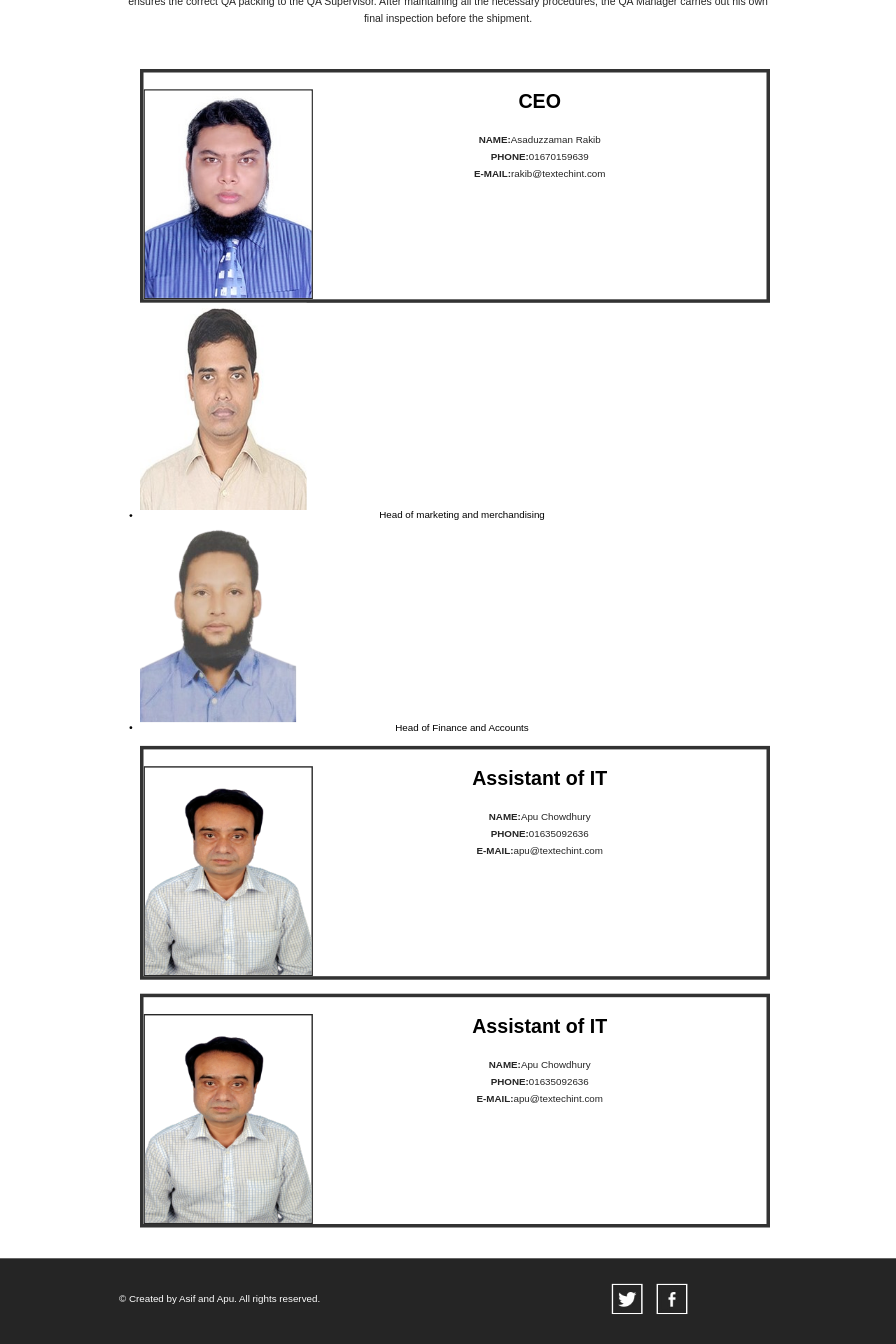
Repository: asifdotpy/textechint
Page: index.html
An editor plug-in stored every save of this project. The page is shown before and after the next save, followed by the edit.
The browser window is 1280 px wide. The pictures show the part of the page from y = 1371 to 3291 px (the page is 3291 px tall), at 70% of full size.

Above is the page before, as saved 2021-02-23 01:29:11.

After the next save:
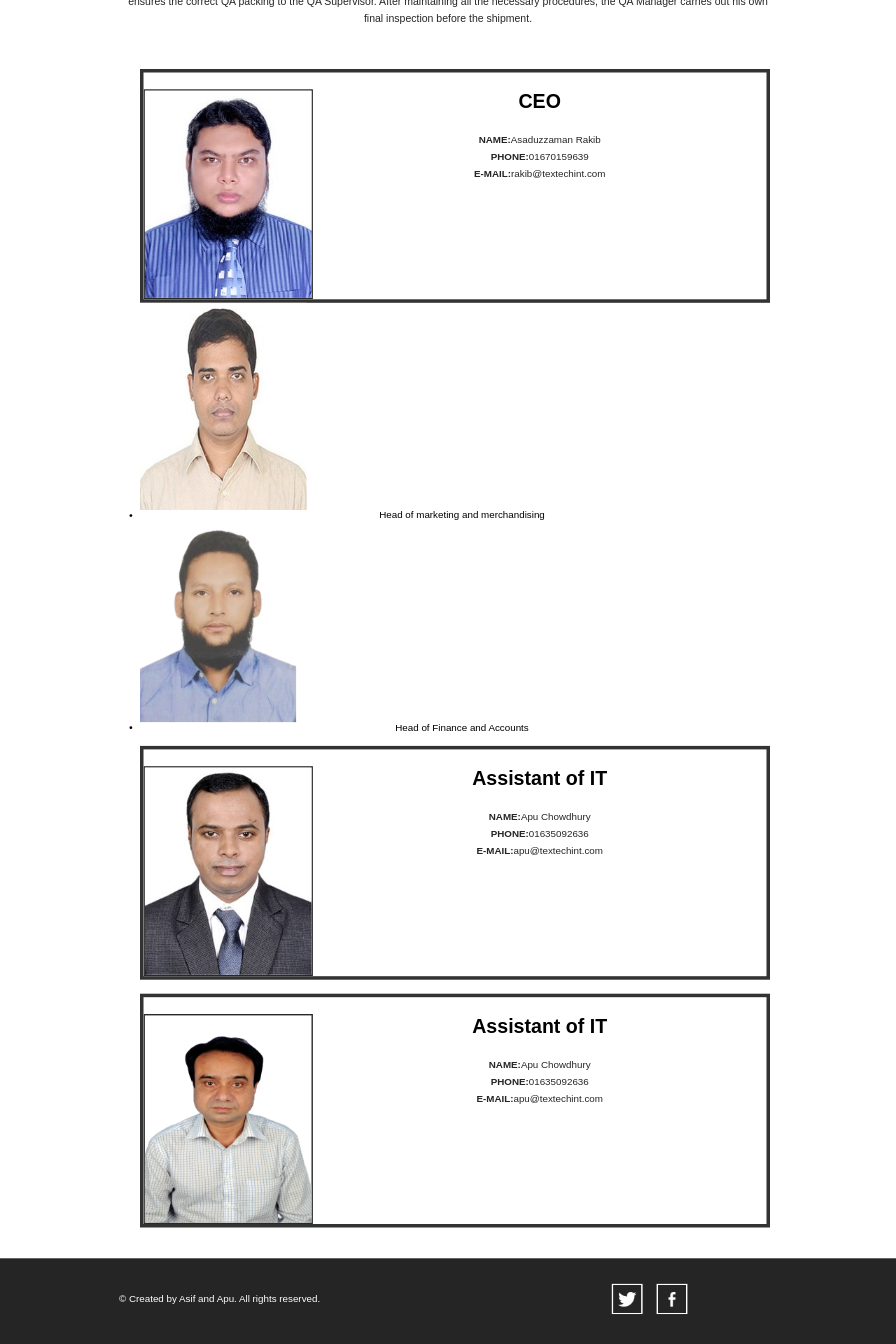
Saved 3 s later.
--- a/index.html
+++ b/index.html
@@ -68,7 +68,7 @@
 					<span>Head of Finance and Accounts</span>
 			</li>
 			<div class="post-container">
-				<div class="post-thumb"><img src="images/apu.jpg" /></div>
+				<div class="post-thumb"><img src="images/asif.jpg" /></div>
 				<div class="post-content">
 					<h3 class="post-title">Assistant of IT</h3>
 					<p><b>NAME:</b>Apu Chowdhury</p>
